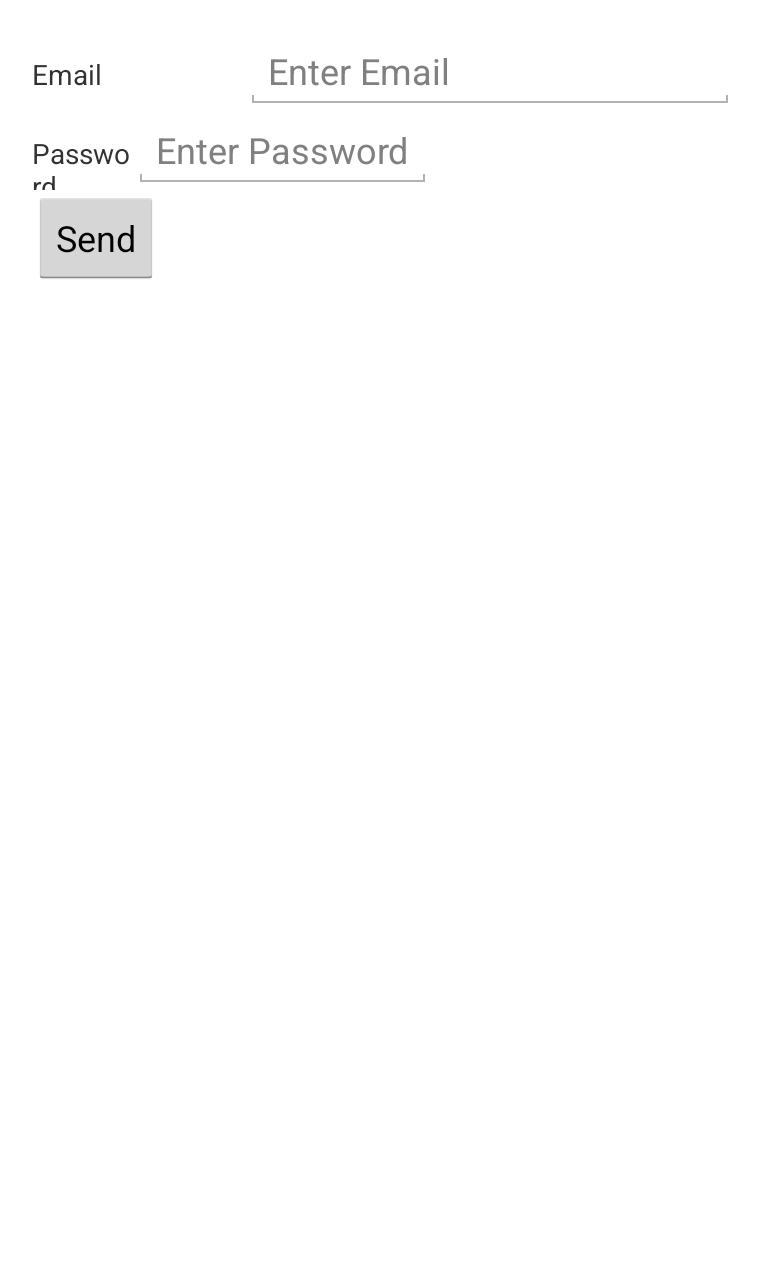
Repository: akhilnambiar/CS186_warmup1
Layout: frontend copy/LoginCounter/res/layout/activity_main.xml
The author's editor kept a copy of each file at every save. The layout is drawn from the files as they stood at one save, then again after the next save.
It is drawn on a 768 x 1280 px phone screen (xhdpi) without system bars, with theme AppTheme; the app's code is not run.

Above is the layout before, as saved 2014-02-19 05:40:46.

### frontend copy/LoginCounter/res/layout/activity_main.xml
<LinearLayout xmlns:android="http://schemas.android.com/apk/res/android"
    xmlns:tools="http://schemas.android.com/tools"
    android:layout_width="match_parent"
    android:layout_height="match_parent"
    android:paddingBottom="@dimen/activity_vertical_margin"
    android:paddingLeft="@dimen/activity_horizontal_margin"
    android:paddingRight="@dimen/activity_horizontal_margin"
    android:paddingTop="@dimen/activity_vertical_margin"
    android:orientation="vertical"
    tools:context=".MainActivity" >
    <LinearLayout
        android:layout_width="fill_parent"
   	    android:layout_height="wrap_content" >
    <TextView
       android:id="@+id/tvEmail"
       android:layout_width="50dp"
       android:layout_height="wrap_content"
       android:text="@string/email_tag"
       android:layout_weight="3"/>
	<EditText android:id="@+id/edit_message"
        android:layout_width="wrap_content"
        android:layout_height="wrap_content"
        android:hint="@string/email_message"
        android:layout_weight="7" />
	</LinearLayout>
	<LinearLayout
	    android:layout_width="fill_parent"
   	    android:layout_height="wrap_content">
	<TextView
       android:id="@+id/tvPass"
       android:layout_width="50dp"
       android:layout_height="wrap_content"
       android:text="@string/pass_tag" />
    <EditText android:id="@+id/pass_message"
        android:layout_width="wrap_content"
        android:layout_height="wrap_content"
        android:hint="@string/pass_message" />
    </LinearLayout>
    <Button
        android:layout_width="wrap_content"
        android:layout_height="wrap_content"
        android:text="@string/button_send"
        android:onClick="sendMessage"/>
</LinearLayout>

### frontend copy/LoginCounter/res/values/strings.xml
<?xml version="1.0" encoding="utf-8"?>
<resources>

    <string name="app_name">LoginCounter</string>
    <string name="button_send">Send</string>
    <string name="title_activity_main">Main Activity</string>
    <string name="action_settings">Settings</string>
    <string name="hello_world">Hello world!</string>
    <string name="edit_message">Enter a Message</string>
    <string name="email_message">Enter Email</string>
    <string name="pass_message">Enter Password</string>
    <string name="email_tag">Email</string>
    <string name="pass_tag">Password</string>
    <string name="title_activity_display_message">My Message</string>

</resources>

Loaded but not shown: frontend copy/LoginCounter/res/values/styles.xml (common file); frontend copy/LoginCounter/res/values-v11/styles.xml (common file); frontend copy/LoginCounter/res/values-v14/styles.xml (common file); frontend copy/LoginCounter/res/values/dimens.xml (common file)

After the next save:
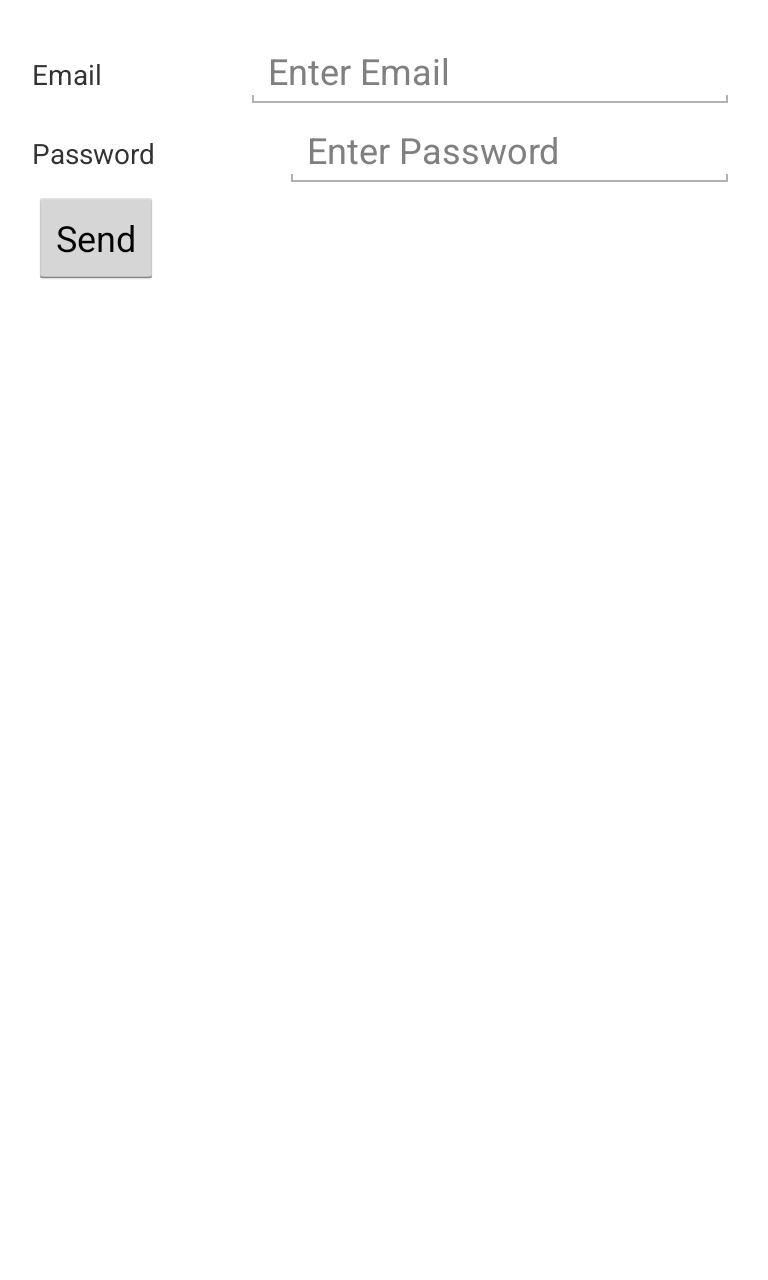
Saved 79 s later.
--- a/frontend copy/LoginCounter/res/layout/activity_main.xml
+++ b/frontend copy/LoginCounter/res/layout/activity_main.xml
@@ -30,11 +30,13 @@
        android:id="@+id/tvPass"
        android:layout_width="50dp"
        android:layout_height="wrap_content"
-       android:text="@string/pass_tag" />
+       android:text="@string/pass_tag"
+       android:layout_weight="7" />
     <EditText android:id="@+id/pass_message"
         android:layout_width="wrap_content"
         android:layout_height="wrap_content"
-        android:hint="@string/pass_message" />
+        android:hint="@string/pass_message"
+        android:layout_weight="7" />
     </LinearLayout>
     <Button
         android:layout_width="wrap_content"
